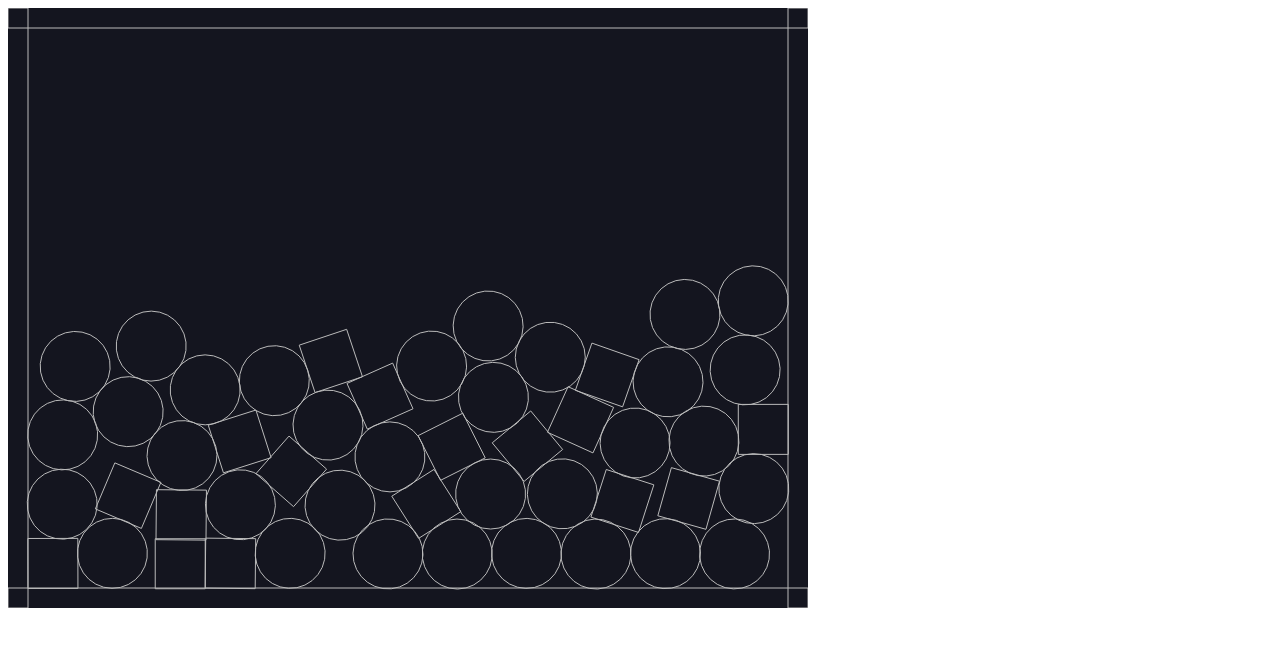
Repository: zhapar/JS-Bootcamp
Page: 3. Maze/index.html
These files come from the project's save history. The page is drawn as it stood at one moment and after the next save; the edit follows.
The browser window is 1280 px wide. The pictures show the whole page.
Some web libraries are served in a nearby version.

Above is the page before, as saved 2020-07-12 18:48:21.

After the next save:
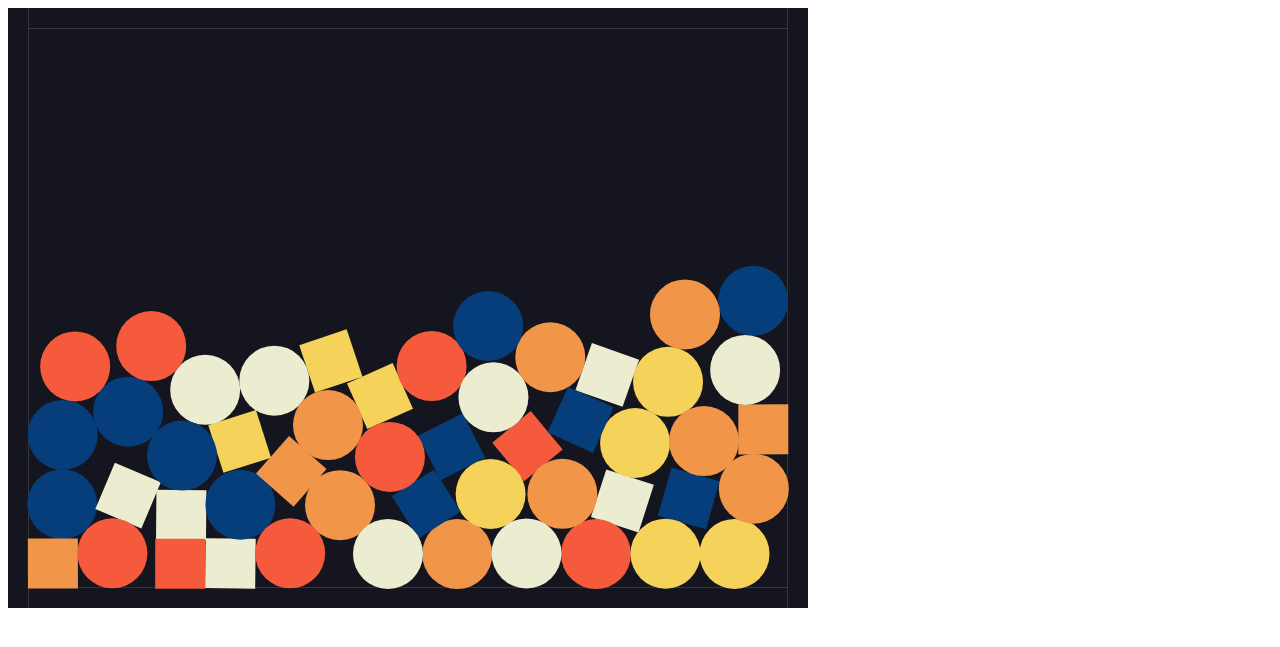
Saved 95 s later.
--- a/3. Maze/app.js
+++ b/3. Maze/app.js
@@ -17,6 +17,7 @@ const render = Render.create({
   element: document.body,
   engine: engine,
   options: {
+    wireframes: false,
     width,
     height,
   },
